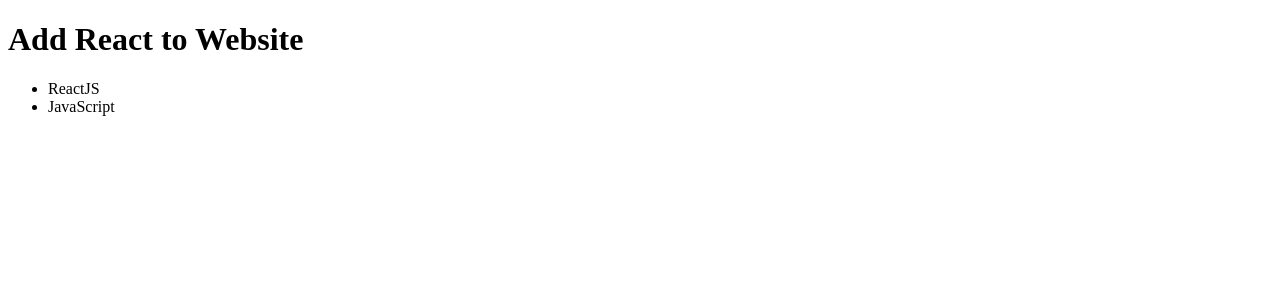
Repository: thuan711/Knowledge-Reacjs
Page: React-Element.html
These files come from the project's save history. The page is drawn as it stood at one moment and after the next save; the edit follows.
The browser window is 1280 px wide. The pictures show the whole page.

Above is the page before, as saved 2023-06-09 10:09:30.

After the next save:
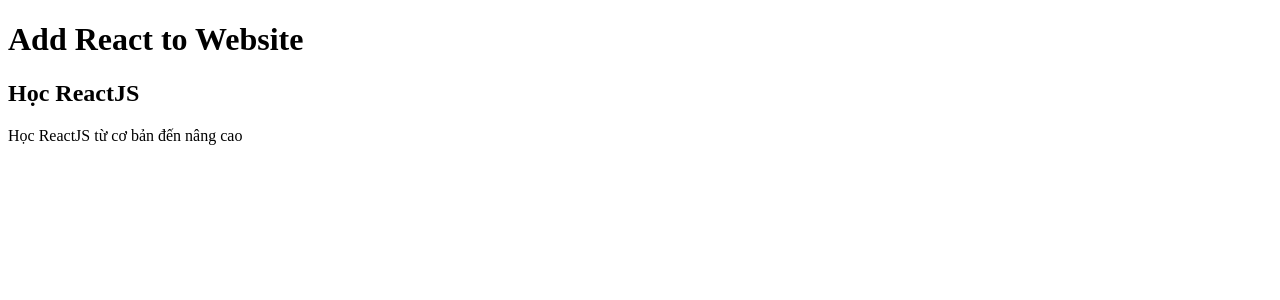
Saved 24 s later.
--- a/React-Element.html
+++ b/React-Element.html
@@ -81,7 +81,7 @@
         // React-DOM -> render UI
         const root = ReactDOM.createRoot(container);
         root.render(divR);
-        root.render(ulReact);
+        //root.render(ulReact);
     </script>
 </body>
 </html>
